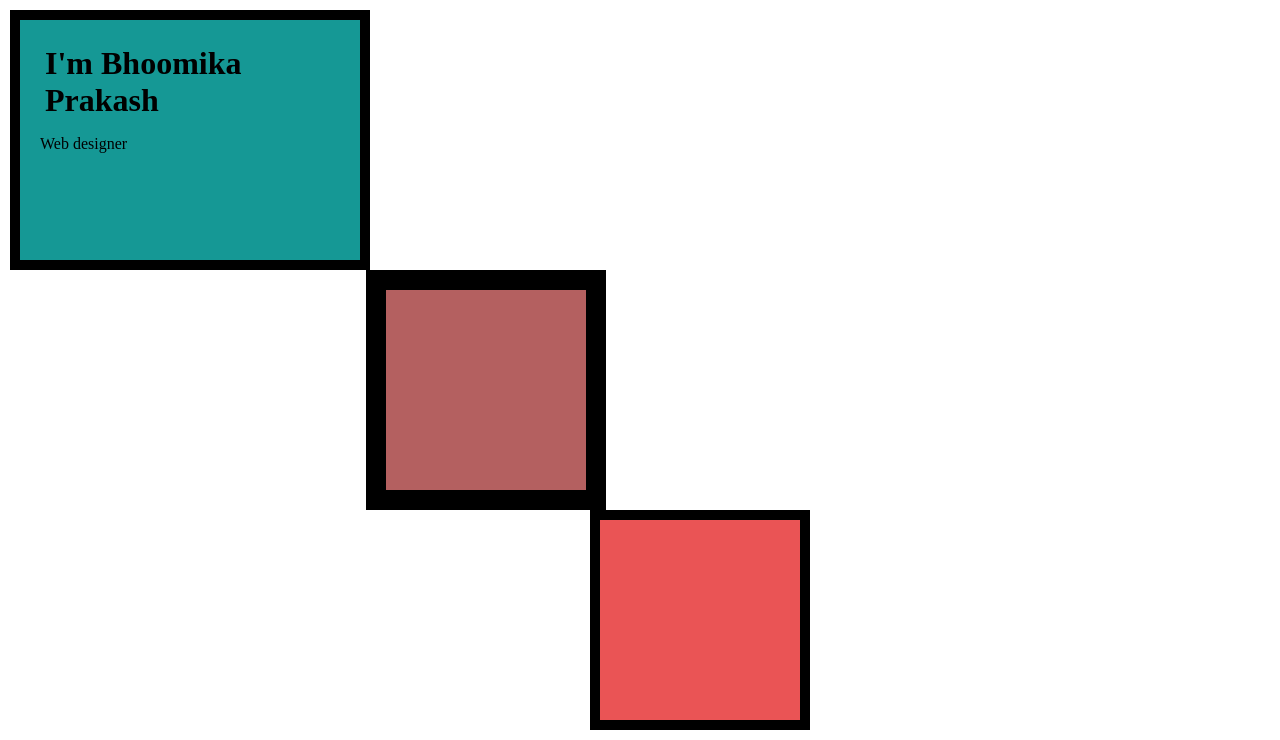
Repository: Bhoomika140420/css_mysite
Page: index.html
These files come from the project's save history. The page is drawn as it stood at one moment and after the next save; the edit follows.
The browser window is 1280 px wide. The pictures show the whole page.

Above is the page before, as saved 2023-03-29 12:53:01.

After the next save:
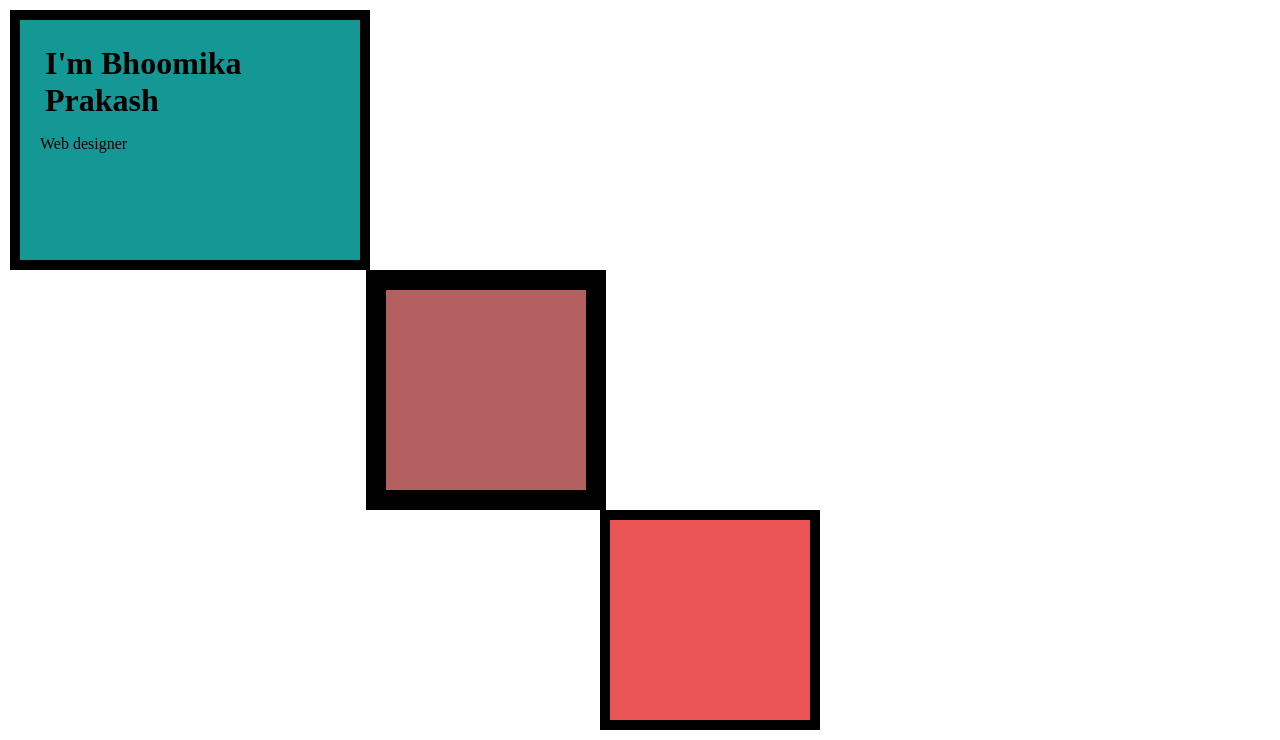
Saved 4 s later.
--- a/stylesheet.css
+++ b/stylesheet.css
@@ -20,7 +20,7 @@
     width:200px;
     height:200px;
     border:solid 10px;
-    margin-left:580px;
+    margin-left:590px;
     margin-right:40px;
 }
 body{
